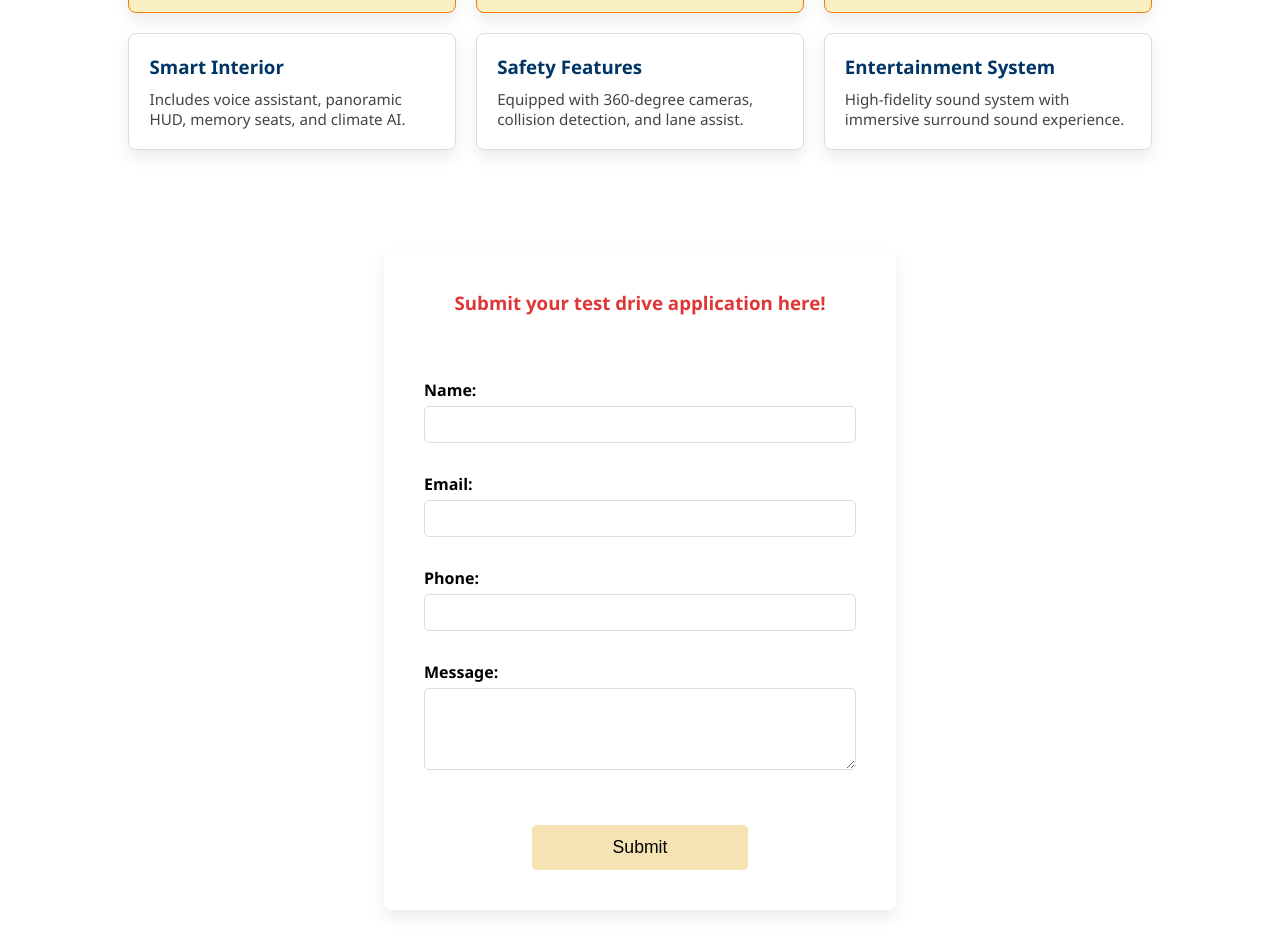
Repository: JiaheSu22/vrooom-responsive-main
Page: index.html
An editor plug-in stored every save of this project. The page is shown before and after a run of saves, followed by the edit.
The browser window is 1280 px wide. The pictures show the part of the page from y = 868 to 1820 px (the page is 1912 px tall before and 1892 px after).
A picture or video elsewhere on the page could not be fetched, so the positions and the page height are approximate.

Above is the page before, as saved 2025-04-11 15:33:59.

After the next 2 saves:
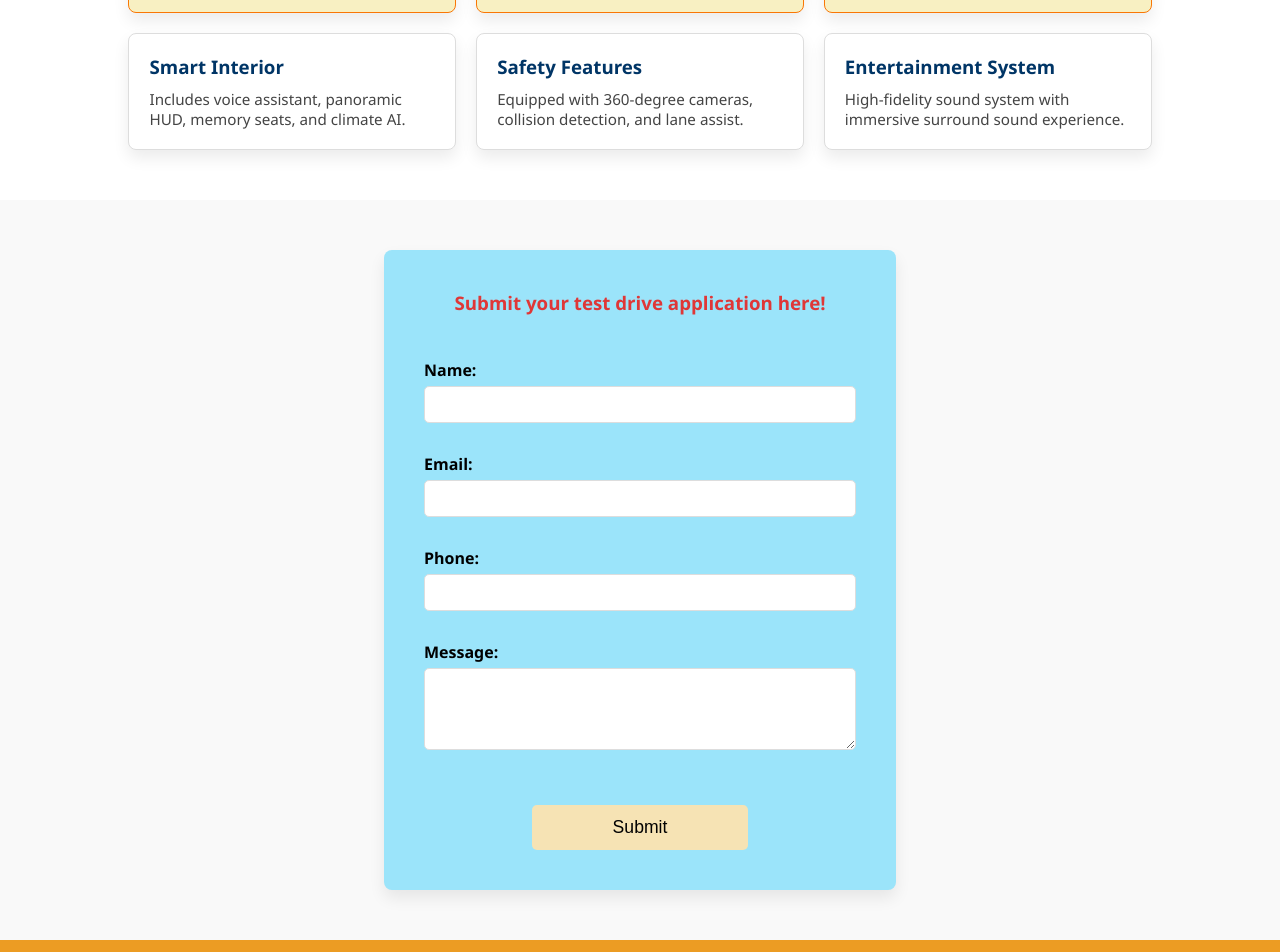
The 2 saves are shown as one change because they came seconds apart.
The last was saved 15 s later.
--- a/index.html
+++ b/index.html
@@ -22,7 +22,7 @@
       position: relative;
       height: 100vh;
       width: 100%;
-      background-image: url('assets/mercedes-vision-avtr.webp');
+      background-image: url('./assets/mercedes-vision-avtr.webp');
       background-repeat: no-repeat;
       background-size: cover;
       background-position: center;
@@ -152,20 +152,15 @@
     .form-section {
       display: flex;
       flex-direction: column;
-      background: #ffffff;
+      background: #f9f9f9;
       padding: 50px 10%;
-
-    }
-
-    .form-section h3 {
       text-align: center;
-      color: #f97705;
-      margin-bottom: 20px;
     }
 
     .form-section form {
       display: flex;
       flex-direction: column;
+      background: rgb(155, 228, 250);
       border-radius: 8px;
       box-shadow: 0 8px 16px rgba(0, 0, 0, 0.08);
       width: 50%;
@@ -213,19 +208,10 @@
     }
 
     .footer {
-      background: #000000;
+      background: #ec9c23;
       padding: 20px;
       text-align: center;
-      color: #ffffff;
-    }
-
-    .footer a {
-      color: #ffffff;
-      transition: background 0.3s ease;
-    }
-
-    .footer a:hover {
-      color: #f6e3b4;
+      color: #000;
     }
 
     /* Responsive Adjustments */

After the save that followed:
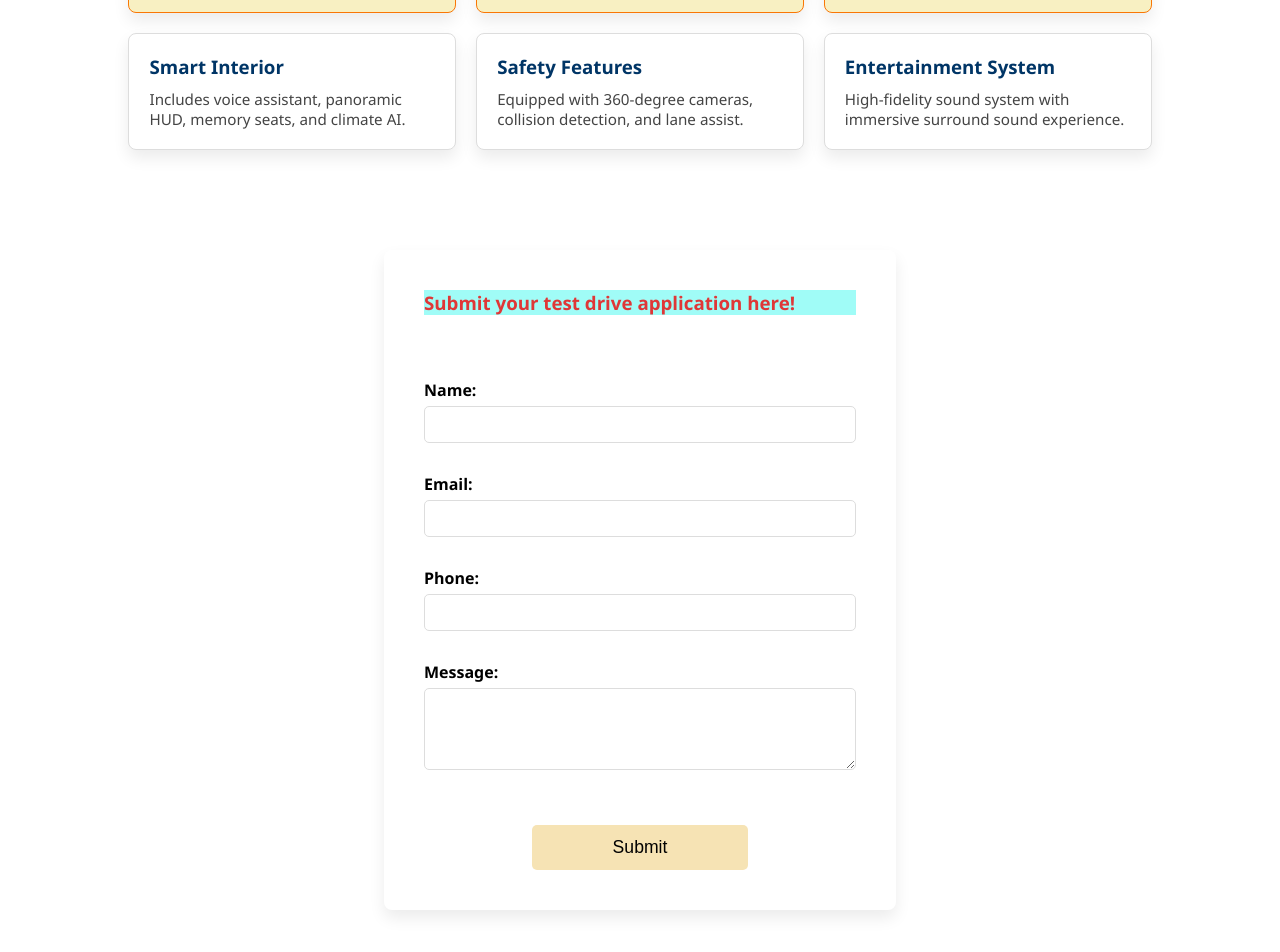
Saved 43 s later.
--- a/index.html
+++ b/index.html
@@ -22,7 +22,7 @@
       position: relative;
       height: 100vh;
       width: 100%;
-      background-image: url('./assets/mercedes-vision-avtr.webp');
+      background-image: url('assets/mercedes-vision-avtr.webp');
       background-repeat: no-repeat;
       background-size: cover;
       background-position: center;
@@ -152,15 +152,21 @@
     .form-section {
       display: flex;
       flex-direction: column;
-      background: #f9f9f9;
+      background: #ffffff;
       padding: 50px 10%;
-      text-align: center;
+
+    }
+
+    .form-section h3 {
+      background-color: #a0fcf7;
+      padding: auto;
+      color: #f97705;
+      margin-bottom: 20px;
     }
 
     .form-section form {
       display: flex;
       flex-direction: column;
-      background: rgb(155, 228, 250);
       border-radius: 8px;
       box-shadow: 0 8px 16px rgba(0, 0, 0, 0.08);
       width: 50%;
@@ -208,10 +214,19 @@
     }
 
     .footer {
-      background: #ec9c23;
+      background: #000000;
       padding: 20px;
       text-align: center;
-      color: #000;
+      color: #ffffff;
+    }
+
+    .footer a {
+      color: #ffffff;
+      transition: background 0.3s ease;
+    }
+
+    .footer a:hover {
+      color: #f6e3b4;
     }
 
     /* Responsive Adjustments */
